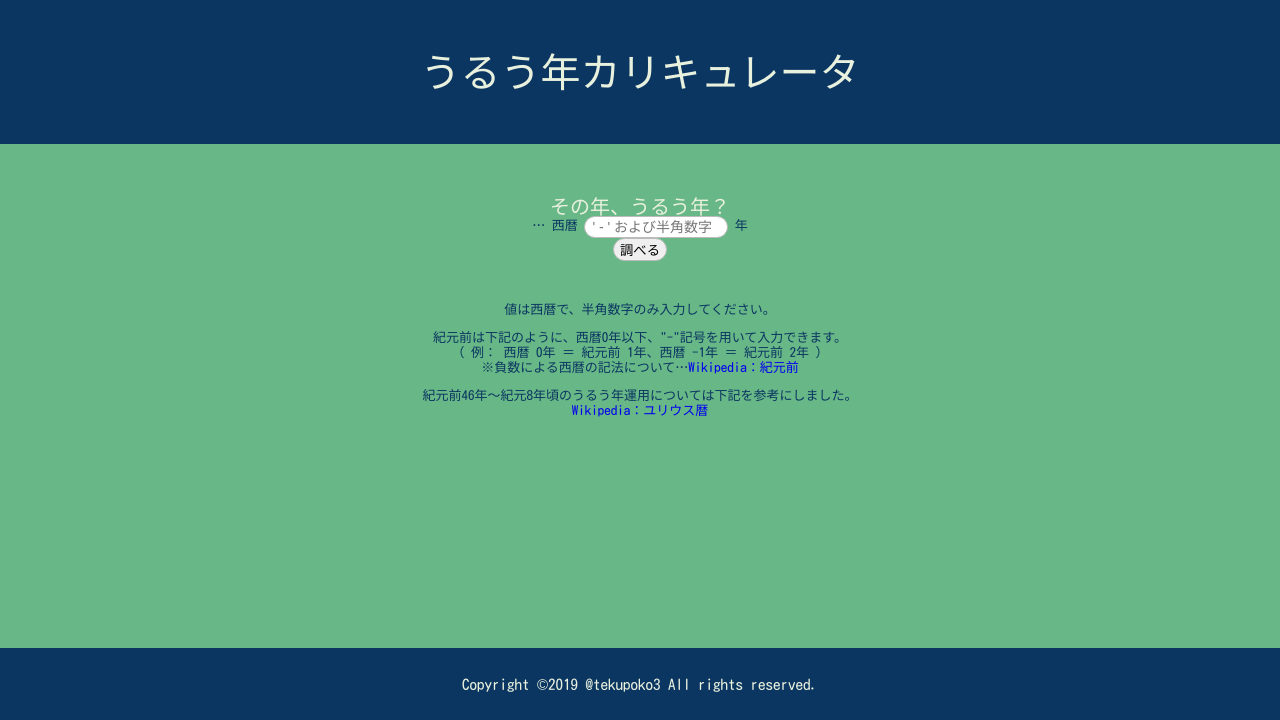
Repository: tekupoko3/leap_year_calculator
Page: leapyearcalc/judgeleapyear/templates/judgeleapyear/index.html
The author's editor kept a record of every edit. The page is drawn from the files as they stood at one moment, then again after the next edit.
The browser window is 1280 px wide. The pictures show the whole page.
The template is drawn by Django 3.2. The application's start-up code is not run. The template is opened directly, without the code that normally fills it, so the values that code supplies are empty.

Above is the page before.

After the next edit:
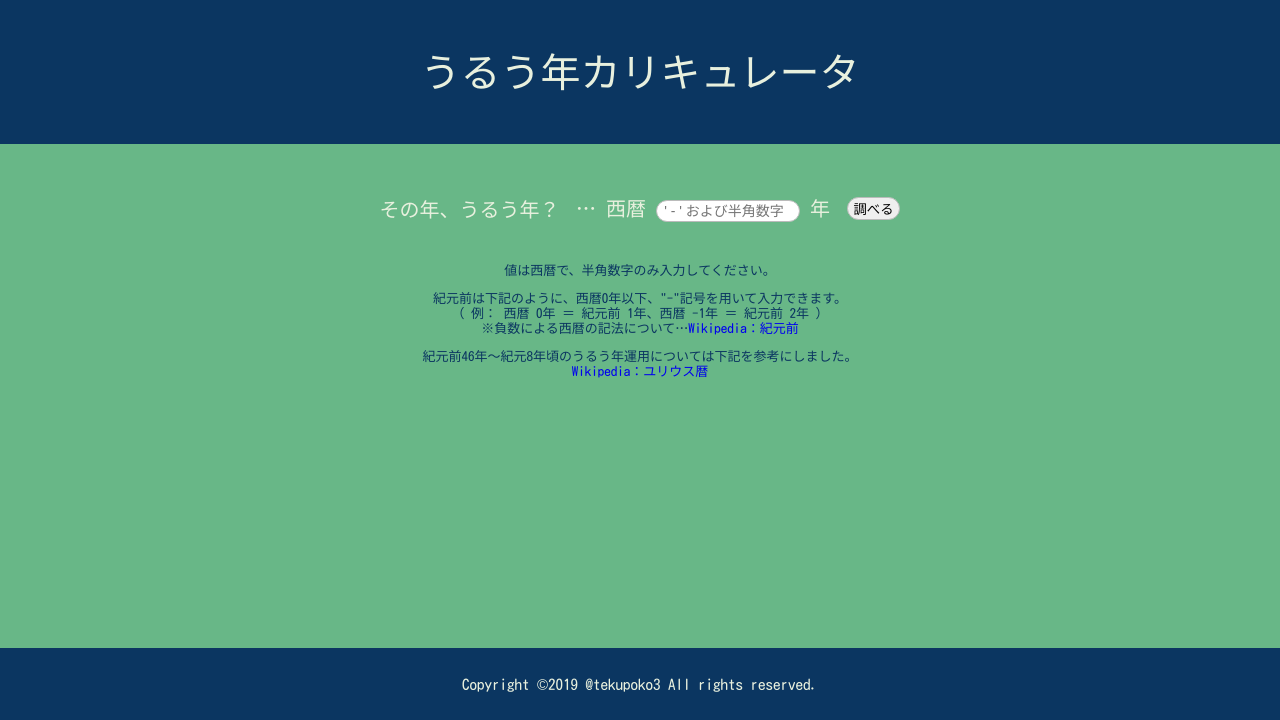
The edit:
--- a/leapyearcalc/judgeleapyear/static/judgeleapyear/index.css
+++ b/leapyearcalc/judgeleapyear/static/judgeleapyear/index.css
@@ -53,7 +53,7 @@
   padding-top: 2px;
 }
 
-main .mainwrapper .yearform > form > p .input-block{
+main .mainwrapper .yearform > form > .inputblock{
   display: inline-block;
   vertical-align: middle;
   flex: 0 1 auto;
